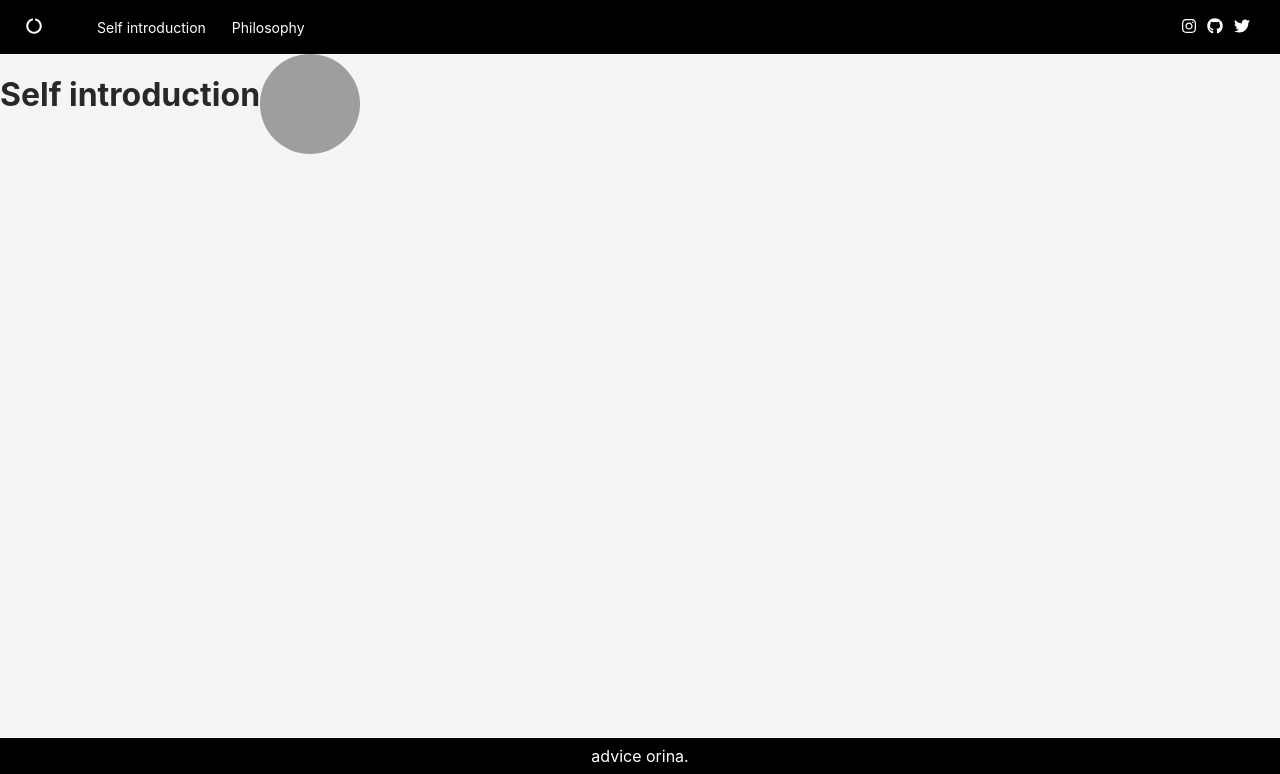
Repository: Rujuu-prog/react-mysite
Page: /selfintroduction
An editor plug-in stored every save of this project. The page is shown before and after the next save, followed by the edit.
The browser window is 1280 px wide. The pictures show the whole page.
Pictures or frames that could not be fetched are drawn as grey boxes. The project was rebuilt for these pictures with package versions that can differ from the ones it lists, and the page was loaded fresh each time. Also part of the build but not shown: src/components/pages/Philosophy.tsx, src/components/pages/Top.tsx.

Above is the page before, as saved 2021-05-13 01:28:06.

### src/App.tsx
import { Router } from "./router/Router";
import './App.css';



export default function App() {
  return (
    <div className="App" >
      <Router />
    </div>
  );
}

### src/router/Router.tsx
import React from "react";
import { BrowserRouter, Route, Switch } from "react-router-dom";
import { Philosophy } from "../components/pages/Philosophy";
import { SelfIntroduction } from "../components/pages/SelfIntroduction";
import { Top } from "../components/pages/Top";
import { DefaultLayout } from "../components/templates/DefaultLayout";

export const Router:React.FC = () => {
    return(
        <BrowserRouter>
            <Switch>
                <Route exact path="/">
                <DefaultLayout>
                    <Top />
                </DefaultLayout>
                </Route>
                <Route exact path="/selfintroduction">
                <DefaultLayout>
                    <SelfIntroduction/>
                </DefaultLayout>
                </Route>
                <Route path="/philosophy">
                <DefaultLayout>
                    <Philosophy />
                </DefaultLayout>
                </Route>
            </Switch>
        </BrowserRouter>
    );
}

### src/components/pages/SelfIntroduction.tsx
import React from "react";
import styled from "styled-components";

import me from '../atoms/img/me.svg'

export const SelfIntroduction:React.FC = () => {
    return(
        <SMainContainer>
            <h1>Self introduction</h1>
            <img src={me} alt="me"/>
        </SMainContainer>

    );
};

const SMainContainer = styled.div`
    display: flex;
    flex-direction: row;
    // justify-content: space-around;
    flex-grow: 1;
    background-color: #f5f5f5;
    height: 100vh;
    h1 {
        color: #282828;
    }
    img {
        width: 100px;
        height: 100px;
        border-radius: 50%;
        background-position: left top;
    }
`;

### src/components/templates/DefaultLayout.tsx
import React from "react";
import styled from "styled-components";

import { FooterOnly } from "./FooterOnly";
import { HeaderOnly } from "./HeaderOnly";

type Props = {
    children?: React.ReactNode;
};

export const DefaultLayout: React.FC<Props> = ({children}) => {
    return (
    <SContainer>
        <HeaderOnly/>
        {children}
        <FooterOnly/>
    </SContainer>
    );
};

const SContainer = styled.div`
    min-height: 100vh;
    position: relative;
    box-sizing: border-box;
`;

### src/components/templates/FooterOnly.tsx
import React from "react";
import { Link } from "react-router-dom";
import styled from "styled-components";

import { Footer } from "../atoms/layout/Footer";


export const FooterOnly: React.FC = () => {
    return (
    <>
        <Footer />
    </>
    );
};


// const SLink = styled(Link)`
//     margin: 0 8px;
// `;

### src/components/templates/HeaderOnly.tsx
import React from "react";
import { Link } from "react-router-dom";
import styled from "styled-components";

import { Header } from "../atoms/layout/Header";
import { SecondaryButton } from "../atoms/button/SecondaryButton"
import { IconList } from "../molecules/IconList";
import { SiteIcon } from "../atoms/icon/SiteIcon";
import { NaviBar } from "../atoms/layout/NaviBar";

type Props = {
    children?: React.ReactNode;
};

export const HeaderOnly: React.FC<Props> = ({children}) => {
    return (
    <>
        <Header>
            <SiteIcon/>
            <NaviBar/>
        </Header>
        {children}
    </>
    );
};


// const SLink = styled(Link)`
//     margin: 0 8px;
// `;

### src/components/atoms/layout/Footer.tsx
import React from "react";
import styled from "styled-components";

export const Footer:React.FC = () => {
    return <SFooter><Sp>advice orina.</Sp></SFooter>;
};

const SFooter = styled.footer`
    background-color: black;
    color: #fff;
    text-align: center;
    padding: 8px 0;
    position: absolute;
    bottom: 0;
    width: 100%;
`;

const Sp = styled.p`
    margin: 0;
`;

### src/components/atoms/layout/Header.tsx
import React from "react";
import styled from "styled-components";

import { PrimaryButton } from '../button/PrimaryButton'

type Props = {
    children?: React.ReactNode;
}

export const Header: React.FC<Props> = ({children}) => {
    return (<SHeader>{children}</SHeader>);
};

const SHeader = styled.header`
    display: flex;
    align-items: center;
    height: 10%;
    background-color: black;
    color: #fff;
    padding: 16px 24px;
`;

### src/components/atoms/icon/SiteIcon.tsx
import { faCircleNotch } from "@fortawesome/free-solid-svg-icons";
import { FontAwesomeIcon } from "@fortawesome/react-fontawesome";
import styled from "styled-components";
import { Link } from "react-router-dom";

const IconStyle = {
    padding:"2",
    fontsize:"50"
}

export const SiteIcon:React.FC = () => {
    return(<SLink to="/"><FontAwesomeIcon style={IconStyle} icon={faCircleNotch}></FontAwesomeIcon></SLink>);
}

const SLink = styled(Link)`
    text-decoration: none;
    color: #fff;
`;

### src/components/atoms/layout/NaviBar.tsx
import React from "react";
import { Link } from "react-router-dom";
import styled from "styled-components";

import { SecondaryButton } from "../button/SecondaryButton"
import { IconList } from "../../molecules/IconList";

type Props = {
    children?: React.ReactNode;
};

export const NaviBar: React.FC<Props> = ({children}) => {
    return (
    <>
        <SNavi>
            <li><SLink to="/selfintroduction"><SecondaryButton>Self introduction</SecondaryButton></SLink></li>
            <Slist><SLink to="/philosophy"><SecondaryButton>Philosophy</SecondaryButton></SLink></Slist>
            <li><IconList/></li>
        </SNavi>
        {children}
    </>
    );
};


const SNavi = styled.ul`
    display: flex;
    // justify-content: space-between;
    align-items: center;
    width: 100%;
    margin: 0;
    background-color: black;
    list-style: none;
    color: #fff;
    text-align: center;
`;

const Slist = styled.li`
    margin-right: auto;
`;

const SLink = styled(Link)`
    margin: 0 8px;
    text-decoration: none;
`;

### src/components/atoms/button/SecondaryButton.tsx
import styled from "styled-components";

export const SecondaryButton = (props:any) => {
    const { children } = props;
    return <SButton>{children}</SButton>;
};

const SButton = styled.a`
    color: #fff;
    width: 10%;
    font-size: 14px;
    padding: 5px;
`;

### src/components/molecules/IconList.tsx
import React from "react";
import styled from "styled-components";
import { Github } from "../atoms/icon/Github";
import { Instagram } from "../atoms/icon/Instagram";
import { Twitter } from "../atoms/icon/Twitter";

export const IconList:React.FC = () => {
    return(
        <SIconContainer>
            <Instagram/>
            <Github/>
            <Twitter/>
        </SIconContainer>
    );
};

const SIconContainer = styled.div`
    display: flex;
    align-items: center;
    justify-content: space-around;
    width: 80px;
`;

### src/components/atoms/icon/Github.tsx
import { faGithub } from "@fortawesome/free-brands-svg-icons";
import { FontAwesomeIcon } from "@fortawesome/react-fontawesome"
import styled from "styled-components";


const IconStyle = {
    padding:"2",
    fontsize:"50",
}

export const Github:React.FC = () => {
    return(<SButton href='https://github.com/Rujuu-prog'><FontAwesomeIcon style={IconStyle} icon={faGithub}></FontAwesomeIcon></SButton>);
}

const SButton = styled.a`
    text-decoration: none;
    color: #fff;
`;

### src/components/atoms/icon/Instagram.tsx
import { faInstagram } from "@fortawesome/free-brands-svg-icons";
import { FontAwesomeIcon } from "@fortawesome/react-fontawesome";
import styled from "styled-components";

const IconStyle = {
    padding:"2",
    fontsize:"50"
}

export const Instagram:React.FC = () => {
    return(<SButton href='https://www.instagram.com/rujuuuuuu/'><FontAwesomeIcon style={IconStyle} icon={faInstagram}></FontAwesomeIcon></SButton>);
}

const SButton = styled.a`
    text-decoration: none;
    color: #fff;
`;

### src/components/atoms/icon/Twitter.tsx
import { faInstagram, faTwitter } from "@fortawesome/free-brands-svg-icons";
import { FontAwesomeIcon } from "@fortawesome/react-fontawesome"
import styled from "styled-components";

const IconStyle = {
    padding:"2",
    fontsize:"50"
}

export const Twitter:React.FC = () => {
    return(<SButton href='https://twitter.com/Rujuu2118'><FontAwesomeIcon style={IconStyle} icon={faTwitter}></FontAwesomeIcon></SButton>);
}

const SButton = styled.a`
    text-decoration: none;
    color: #fff;
`;

Loaded but not shown: public/index.html (common file); src/index.tsx (common file); src/index.css (common file); src/reportWebVitals.ts (common file); src/App.css (common file)

After the next save:
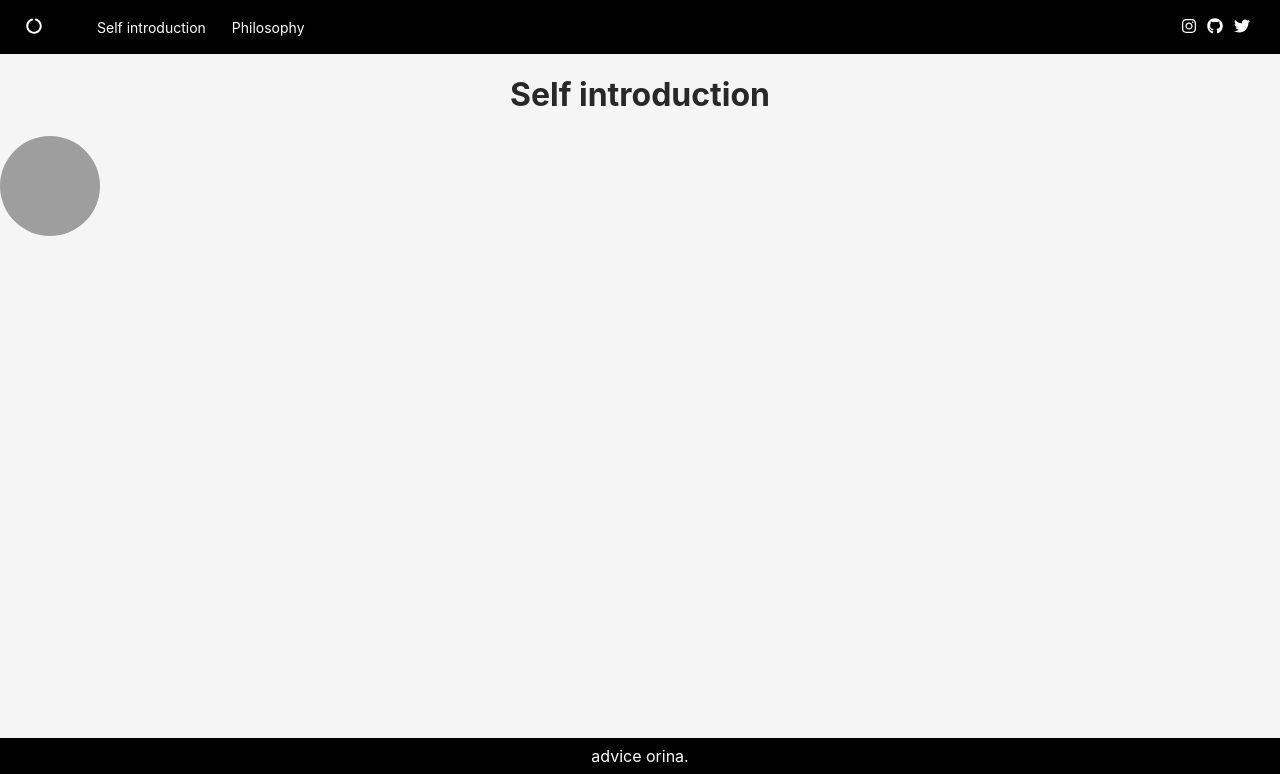
Saved 63 s later.
--- a/src/components/pages/SelfIntroduction.tsx
+++ b/src/components/pages/SelfIntroduction.tsx
@@ -15,8 +15,7 @@ export const SelfIntroduction:React.FC = () => {
 
 const SMainContainer = styled.div`
     display: flex;
-    flex-direction: row;
-    // justify-content: space-around;
+    flex-direction: column;
     flex-grow: 1;
     background-color: #f5f5f5;
     height: 100vh;
